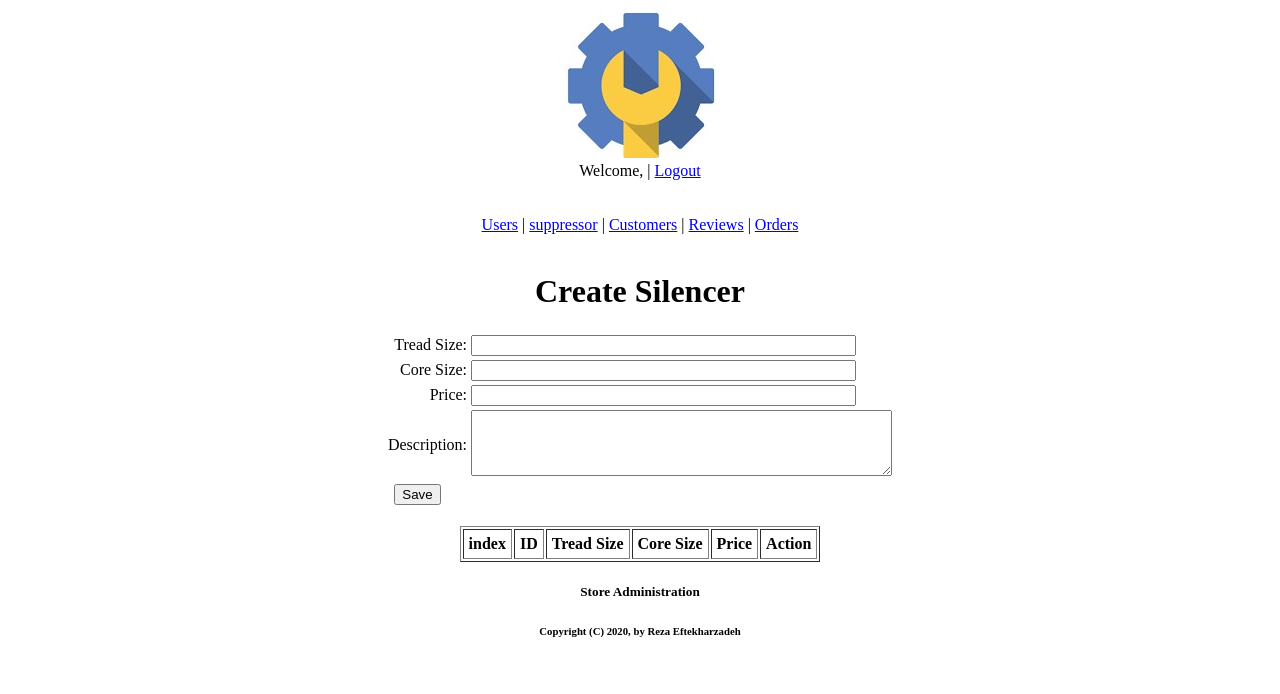
Repository: RezaEftekharzadeh/frey
Page: http://localhost/SilencerStoreProject/admin/silencer_form.jsp
An editor plug-in stored every save of this project. The page is shown before and after the next save, followed by the edit.
The browser window is 1280 px wide. The pictures show the whole page.
The page is served by Tomcat 9. Nobody is signed in. The application's start-up code is not run. Other server files are loaded and not shown. The template is opened directly, without the code that normally fills it, so the values that code supplies are empty.

Above is the page before, as saved 2020-08-21 08:57:58.

### SilencerStoreProject/WebContent/admin/silencer_form.jsp
<%@ page language="java" contentType="text/html; charset=ISO-8859-1"
    pageEncoding="ISO-8859-1"%>
     <%@ taglib prefix="c" uri="http://java.sun.com/jsp/jstl/core" %>
<!DOCTYPE html>
<html>
<head>
<meta charset="ISO-8859-1">
<title>Silencer </title>
</head>
<body>
<jsp:include page="header.jsp" />
&nbsp;&nbsp;&nbsp;&nbsp;&nbsp;&nbsp;

<div align="center">
		<c:if test = "${silencer != null}">
	     	<h1>Edit Silencer</h1>
	    </c:if>

	    <c:if test="${silencer.silencerId == null}">
	     	<h1>Create Silencer</h1>
	    </c:if>
    </div>

    <div align="center">
    <h4><i><p style="color:green;">${message}</p></i></h4>
	    <c:if test = "${silencer != null}">

		     	<form action="update_silencer" method="get" id="silencerForm">
		     	<input type="hidden" name = "silencerId" value= ${silencer.silencerId } >

		</c:if>

		<c:if test = "${silencer.silencerId == null}">

		     	<form action="create_silencer" method="post" id="silencerForm">

		</c:if>


    	<table >

    			<tr>
    				<td align="right">Tread Size:</td>
    				<td><input type="text" name="tread" id="tread" size="45" value= ${silencer.threadSize }>
    			</tr>
    			<tr>
    				<td align="right">Core Size:</td>
    				<td><input type="text" name="core" id="core" size="45"  value= ${silencer.coreSize }>
    			</tr>
    			<tr>
    				<td align="right">Price:</td>
    				<td><input type="text" name="price" id="price" size="45"  value= ${silencer.price }>
    			</tr>
    			<tr align="right">
    				<td>Description:</td>
    				<td><textarea id="description" name="description" rows="4" cols="50"></textarea></td>
    			</tr>
    			<tr>
    				<td align="center">
    					<button type="submit" >Save</button>
    					&nbsp;&nbsp;&nbsp;&nbsp;

    				</td>
    			</tr>

    	 </table>

    	</form>

    	<c:if test = "${silencer != null}">
    		<button onclick="javascript:history.go(-1);" >Cancel</button>

    	</c:if>

    </div>&nbsp;&nbsp;&nbsp;
	<!-- <div align="center" 11>


		<form action="create_silencer" method="post">

			Tread size:<input type="text" name="tread">
			<select>
				<option value>

			</select>

			<br/><br/>

			Core size: <input type="text" name="core">
			<select>
				<option value>

			</select>

			<br/><br/>

			price: <input type="text" name="price" size="10">

			<br/><br/>
			Description: <textarea id="w3review" name="description" rows="4" cols="50"></textarea>

			<br/><br/>

			<input type="submit" value="save">

		</form>

	</div> -->


	<div align="center">
		<table border="1" cellPadding="5" id="list">
			<tr>
				<th>index</th>
				<th>ID</th>
				<th>Tread Size</th>
				<th>Core Size</th>
				<th>Price</th>
				<th>Action</th>
			</tr>
			<c:forEach var="silencer" items="${listSilencer}" varStatus="status">
				<tr>
					<td>${status.index+1}</td>
					<td>${silencer.silencerId}</td>
					<td>${silencer.threadSize}</td>
					<td>${silencer.coreSize}</td>
					<td>${silencer.price}</td>
					<td>
						<a href="edit_silencer?id=${silencer.silencerId}">Edit</a>
						<a href="javascript:confirmDelete(${silencer.silencerId})">Delete</a>
					</td>
				</tr>
			</c:forEach>

		</table>

	</div>
	<jsp:include page="footer.jsp" />
	 <script>
		function confirmDelete(silencerId){

			if(confirm('Are you sure that want to delete ' + silencerId + '?')){

				window.location= 'delete_silencer?id='+ silencerId ;
			}

		}
	</script>
</body>
</html>

### SilencerStoreProject/WebContent/admin/header.jsp

<%@ taglib prefix="c" uri="http://java.sun.com/jsp/jstl/core" %>
<div align="center">

	<div >
		 <img src="../images/admin-page.jpg">
	</div>

	<div >
	  Welcome, <c:out value="${sessionScope.userEmail }"></c:out> | <a href="logout">Logout</a>
	</div>
	<br><br>

	<div>
		<a href="list_users">Users</a> |
		<a href="list_silencer">suppressor</a> |
		<a href="list_customers">Customers</a> |
		<a href="reviews">Reviews</a> |
		<a href="orders">Orders</a>
	</div>
</div>

### SilencerStoreProject/WebContent/admin/footer.jsp

<div align="center">

 <h5>Store Administration</h5>
 <h6> Copyright (C) 2020, by Reza Eftekharzadeh</h6>



</div>

After the next save:
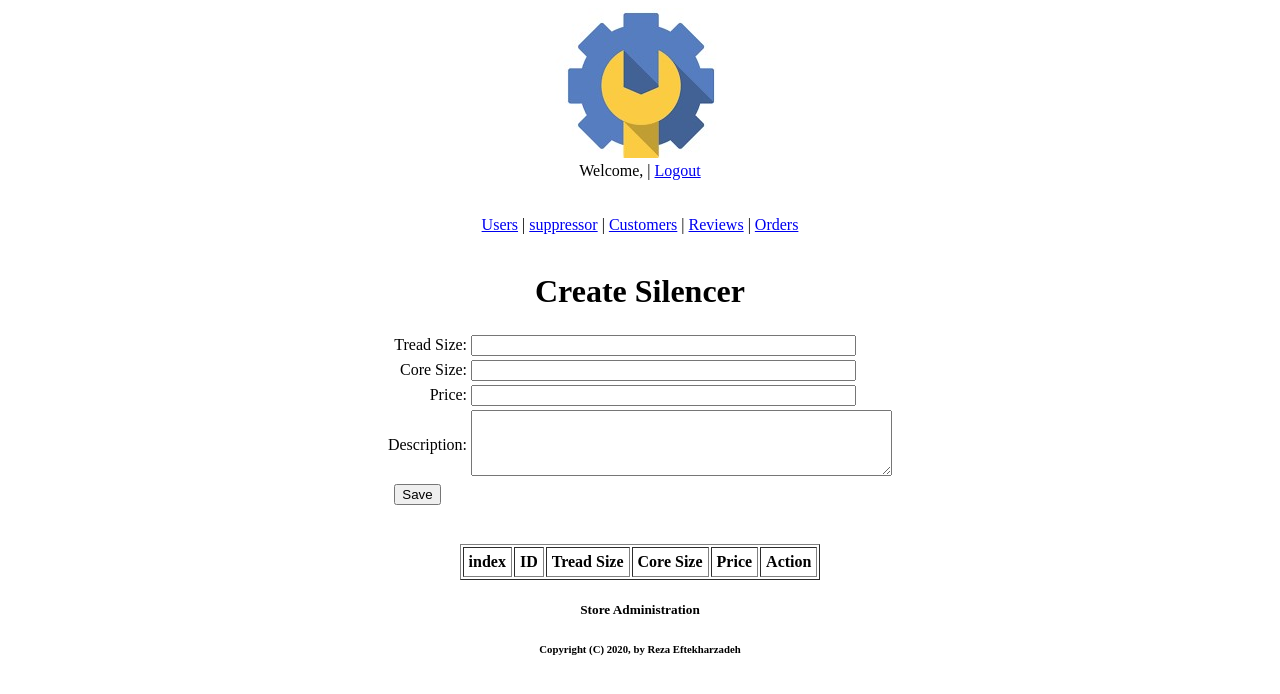
Saved 32 s later.
--- a/SilencerStoreProject/WebContent/admin/silencer_form.jsp
+++ b/SilencerStoreProject/WebContent/admin/silencer_form.jsp
@@ -72,7 +72,8 @@
 
     	</c:if>
 
-    </div>&nbsp;&nbsp;&nbsp;
+    </div>
+    <br/><br/>
 	<!-- <div align="center" 11>
 
 
